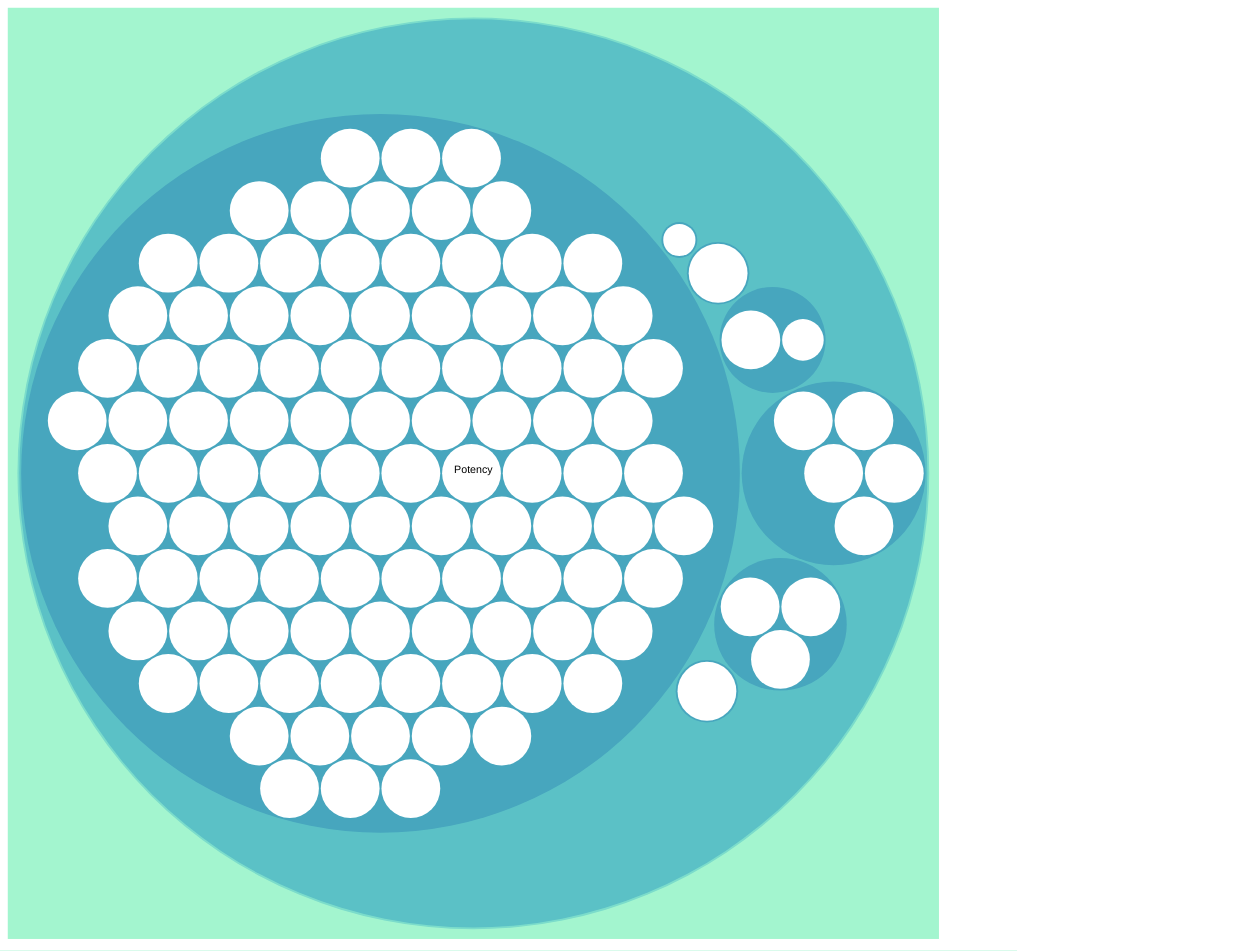
Repository: m0llyc00k/ms-2
Page: clusters/index.html
The author's editor kept a record of every edit. The page is drawn from the files as they stood at one moment, then again after the next edit.
The browser window is 1280 px wide. The pictures show the whole page, at 97% of full size.

Above is the page before.

After the next edit:
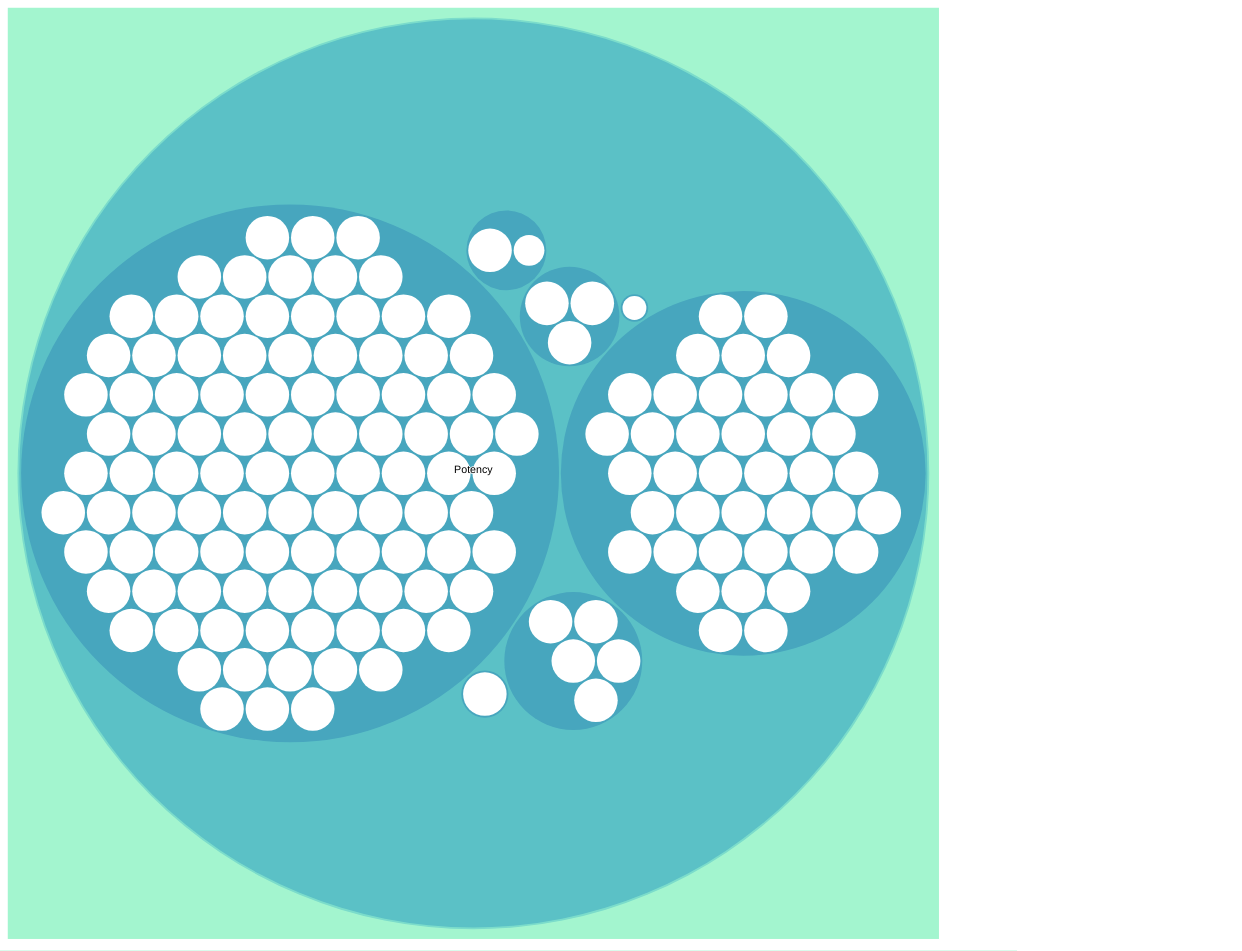
The edit:
--- a/clusters/morph.json
+++ b/clusters/morph.json
@@ -151,6 +151,45 @@
                 {
                     "name": "BUPRENORPHINE",
                     "children": [
+                        { "size": 1 },
+                        { "size": 1 },
+                        { "size": 1 },
+                        { "size": 1 },
+                        { "size": 1 },
+                        { "size": 1 },
+                        { "size": 1 },
+                        { "size": 1 },
+                        { "size": 1 },
+                        { "size": 1 },
+                        { "size": 1 },
+                        { "size": 1 },
+                        { "size": 1 },
+                        { "size": 1 },
+                        { "size": 1 },
+                        { "size": 1 },
+                        { "size": 1 },
+                        { "size": 1 },
+                        { "size": 1 },
+                        { "size": 1 },
+                        { "size": 1 },
+                        { "size": 1 },
+                        { "size": 1 },
+                        { "size": 1 },
+                        { "size": 1 },
+                        { "size": 1 },
+                        { "size": 1 },
+                        { "size": 1 },
+                        { "size": 1 },
+                        { "size": 1 },
+                        { "size": 1 },
+                        { "size": 1 },
+                        { "size": 1 },
+                        { "size": 1 },
+                        { "size": 1 },
+                        { "size": 1 },
+                        { "size": 1 },
+                        { "size": 1 },
+                        { "size": 1 },
                         { "size": 1 }
 
                     ]
